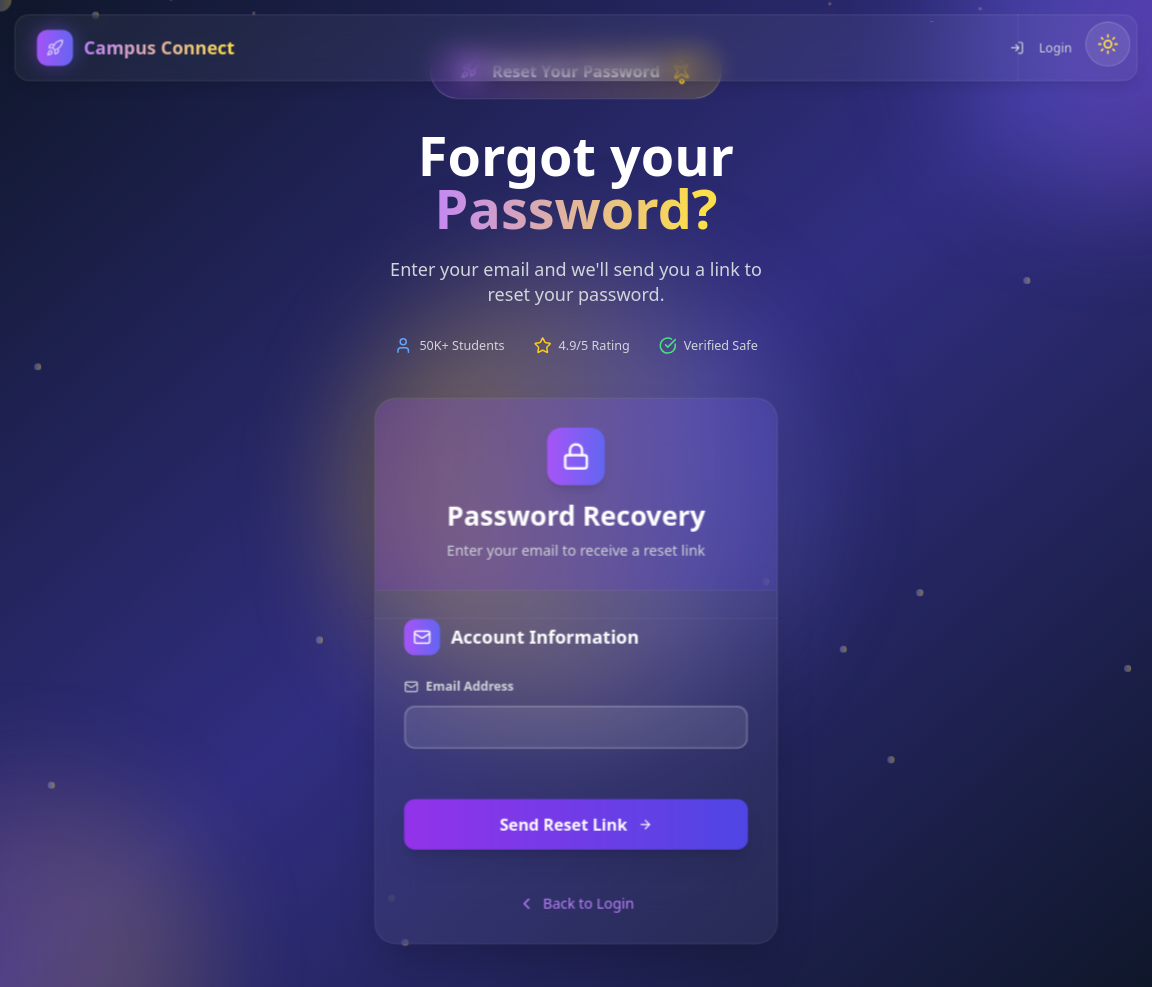
Repository: Sam28YO/Campus-Connect
Page: /forgot-password
The author's editor kept a copy of each file at every save. The page is drawn from the files as they stood at one save, then again after the next save.
The browser window is 1280 px wide. The pictures show the whole page, at 90% of full size.
The project was rebuilt for these pictures with package versions that can differ from the ones it lists, and the page was loaded fresh each time. Some packages were replaced by stand-ins written for this rebuild. The framework's server and built-in components were replaced by stand-ins that run in the browser. Also part of the build but not shown: next.config.mjs.

Above is the page before, as saved 2025-07-04 10:33:35.

### pages/_app.js
import "@/styles/globals.css";
import { RecoilRoot } from "recoil";
import { QueryClient, QueryClientProvider } from "@tanstack/react-query";
import { ReactQueryDevtools } from "@tanstack/react-query-devtools";
import Navbar from "./components/navbar";

const queryClient = new QueryClient();
export default function App({ Component, pageProps }) {
  return (
    <RecoilRoot>
      <Navbar />
      <QueryClientProvider client={queryClient}>
        <Component {...pageProps} />
      </QueryClientProvider>
    </RecoilRoot>
  );
}

### pages/forgot-password.js
import { useState, useEffect } from "react";
import { Button } from "@/components/ui/button";
import { Input } from "@/components/ui/input";
import Link from "next/link";
import {
  Mail,
  Lock,
  Sun,
  Moon,
  Sparkles,
  Rocket,
  ArrowRight,
  CheckCircle,
  Star,
  User,
  ChevronLeft,
} from "lucide-react";
import axios from "axios";
import toast from "react-hot-toast";

export default function ForgotPasswordPage() {
  const [formData, setFormData] = useState({
    email: "",
    role: "thaparStudent",
  });

  const [isLoading, setIsLoading] = useState(false);
  const [errors, setErrors] = useState({});
  const [theme, setTheme] = useState("dark");
  const [mousePosition, setMousePosition] = useState({ x: 0, y: 0 });
  const [isVisible, setIsVisible] = useState(false);
  const [success, setSuccess] = useState(false);

  // Mouse tracking for interactive effects
  useEffect(() => {
    const handleMouseMove = (e) => {
      setMousePosition({ x: e.clientX, y: e.clientY });
    };

    window.addEventListener("mousemove", handleMouseMove);
    setIsVisible(true);
    return () => window.removeEventListener("mousemove", handleMouseMove);
  }, []);

  const handleInputChange = (field, value) => {
    setFormData((prev) => ({
      ...prev,
      [field]: value,
    }));
    // Clear error when user starts typing
    if (errors[field]) {
      setErrors((prev) => ({
        ...prev,
        [field]: "",
      }));
    }
  };

  const validateForm = () => {
    const newErrors = {};

    if (!formData.email.trim()) newErrors.email = "Email is required";
    if (!formData.role) newErrors.role = "Role is required";

    setErrors(newErrors);
    return Object.keys(newErrors).length === 0;
  };

  const handleSubmit = async (e) => {
    e.preventDefault();
    if (!validateForm()) return;

    setIsLoading(true);
    try {
      const response = await axios.post(
        `${process.env.NEXT_PUBLIC_SITE_URL}/api/auth/forgot-password`,
        formData
      );

      toast.success("Password reset link sent to your email!");
      setSuccess(true);
    } catch (error) {
      if (error.response) {
        setErrors({ submit: error.response.data.message || "Request failed" });
      } else {
        setErrors({ submit: "Network error. Please try again." });
      }
    } finally {
      setIsLoading(false);
    }
  };

  const toggleTheme = () => {
    setTheme(theme === "dark" ? "light" : "dark");
  };

  return (
    <div
      className={`min-h-screen relative overflow-hidden transition-all duration-500 ${
        theme === "dark"
          ? "bg-gradient-to-br from-slate-900 via-indigo-900 to-slate-900"
          : "bg-gradient-to-br from-yellow-50 via-indigo-50 to-purple-50"
      }`}
    >
      {/* Theme Toggle Button */}
      <button
        onClick={toggleTheme}
        className={`fixed top-6 right-6 z-50 p-3 rounded-full backdrop-blur-xl border transition-all duration-300 hover:scale-110 ${
          theme === "dark"
            ? "bg-white/10 border-white/20 text-yellow-300 hover:bg-white/20"
            : "bg-indigo-100 border-indigo-200 text-indigo-600 hover:bg-indigo-200"
        }`}
      >
        {theme === "dark" ? (
          <Sun className="w-6 h-6" />
        ) : (
          <Moon className="w-6 h-6" />
        )}
      </button>

      {/* Enhanced animated background */}
      <div className="absolute inset-0">
        <div
          className={`absolute -top-40 -right-40 w-96 h-96 rounded-full opacity-20 blur-3xl animate-pulse-slow ${
            theme === "dark"
              ? "bg-gradient-to-r from-indigo-500 to-purple-500"
              : "bg-gradient-to-r from-indigo-300 to-purple-300"
          }`}
        ></div>
        <div
          className={`absolute -bottom-40 -left-40 w-96 h-96 rounded-full opacity-20 blur-3xl animate-pulse-slow animation-delay-2000 ${
            theme === "dark"
              ? "bg-gradient-to-r from-purple-500 to-yellow-400"
              : "bg-gradient-to-r from-purple-300 to-yellow-200"
          }`}
        ></div>
        <div
          className={`absolute top-1/2 left-1/2 transform -translate-x-1/2 -translate-y-1/2 w-[500px] h-[500px] rounded-full opacity-10 blur-3xl animate-pulse-slow animation-delay-4000 ${
            theme === "dark"
              ? "bg-gradient-to-r from-yellow-400 to-indigo-500"
              : "bg-gradient-to-r from-yellow-200 to-indigo-300"
          }`}
        ></div>

        {[...Array(12)].map((_, i) => (
          <div
            key={i}
            className={`absolute w-2 h-2 rounded-full animate-float ${
              theme === "dark"
                ? "bg-gradient-to-r from-indigo-400 to-yellow-300 opacity-40"
                : "bg-gradient-to-r from-indigo-400 to-purple-400 opacity-60"
            }`}
            style={{
              top: `${Math.random() * 100}%`,
              left: `${Math.random() * 100}%`,
              animationDelay: `${Math.random() * 5}s`,
              animationDuration: `${3 + Math.random() * 4}s`,
            }}
          ></div>
        ))}
      </div>

      {/* Mouse follower effect */}
      <div
        className={`fixed w-8 h-8 rounded-full pointer-events-none z-50 mix-blend-screen transition-all duration-100 ease-out ${
          theme === "dark"
            ? "bg-gradient-to-r from-indigo-500 to-yellow-300 opacity-30"
            : "bg-gradient-to-r from-indigo-500 to-purple-500 opacity-20"
        }`}
        style={{
          left: mousePosition.x - 16,
          top: mousePosition.y - 16,
          transform: "scale(0.8)",
        }}
      ></div>

      <div className="relative z-10 py-12 px-4">
        <div className="max-w-md mx-auto">
          {/* Header Section */}
          <div
            className={`text-center mb-12 transition-all duration-1000 ${
              isVisible
                ? "opacity-100 translate-y-0"
                : "opacity-0 translate-y-10"
            }`}
          >
            <div
              className={`inline-flex items-center gap-3 backdrop-blur-xl rounded-full px-8 py-4 mb-8 border transition-all duration-1000 ${
                theme === "dark"
                  ? "bg-gradient-to-r from-purple-500/20 to-yellow-400/20 border-white/20"
                  : "bg-gradient-to-r from-indigo-100 to-yellow-100 border-indigo-200"
              }`}
            >
              <div className="relative">
                <Rocket
                  className={`w-6 h-6 animate-bounce ${
                    theme === "dark" ? "text-purple-400" : "text-indigo-600"
                  }`}
                />
                <div
                  className={`absolute inset-0 rounded-full blur-md opacity-50 animate-pulse ${
                    theme === "dark" ? "bg-purple-400" : "bg-indigo-400"
                  }`}
                ></div>
              </div>
              <span
                className={`font-bold text-lg ${
                  theme === "dark"
                    ? "text-white bg-gradient-to-r from-purple-400 to-yellow-300 bg-clip-text text-transparent"
                    : "text-transparent bg-clip-text bg-gradient-to-r from-indigo-600 to-purple-600"
                }`}
              >
                Reset Your Password
              </span>
              <Sparkles
                className={`w-6 h-6 animate-spin-slow ${
                  theme === "dark" ? "text-yellow-400" : "text-purple-500"
                }`}
              />
            </div>

            <h1
              className={`text-4xl md:text-5xl lg:text-6xl font-black mb-6 leading-tight ${
                theme === "dark" ? "text-white" : "text-indigo-900"
              }`}
            >
              Forgot your{" "}
              <span
                className={`text-transparent bg-clip-text animate-gradient-flow ${
                  theme === "dark"
                    ? "bg-gradient-to-r from-purple-400 via-yellow-300 to-indigo-400"
                    : "bg-gradient-to-r from-indigo-600 via-purple-600 to-yellow-500"
                }`}
              >
                Password?
              </span>
            </h1>

            <p
              className={`text-xl mb-8 max-w-2xl mx-auto ${
                theme === "dark" ? "text-gray-300" : "text-indigo-700"
              }`}
            >
              {success
                ? "Check your email for a link to reset your password. If it doesn't appear within a few minutes, check your spam folder."
                : "Enter your email and we'll send you a link to reset your password."}
            </p>

            {/* Success indicators */}
            <div className="flex justify-center items-center gap-8 mb-8">
              {[
                { icon: User, label: "50K+ Students", color: "text-blue-400" },
                { icon: Star, label: "4.9/5 Rating", color: "text-yellow-400" },
                {
                  icon: CheckCircle,
                  label: "Verified Safe",
                  color: "text-green-400",
                },
              ].map((item, index) => {
                const Icon = item.icon;
                return (
                  <div key={index} className="flex items-center gap-2">
                    <Icon className={`w-5 h-5 ${item.color}`} />
                    <span
                      className={`text-sm font-medium ${
                        theme === "dark" ? "text-gray-300" : "text-indigo-700"
                      }`}
                    >
                      {item.label}
                    </span>
                  </div>
                );
              })}
            </div>
          </div>

          {/* Main Form Card - Only show if not success */}
          {!success && (
            <div
              className={`backdrop-blur-xl rounded-3xl border shadow-2xl transition-all duration-1000 delay-200 ${
                isVisible
                  ? "opacity-100 translate-y-0"
                  : "opacity-0 translate-y-10"
              } ${
                theme === "dark"
                  ? "bg-white/5 border-white/10"
                  : "bg-white/80 border-indigo-200"
              }`}
            >
              {/* Card Header */}
              <div
                className={`p-8 border-b rounded-t-3xl ${
                  theme === "dark"
                    ? "bg-gradient-to-r from-purple-600/20 to-indigo-600/20 border-white/10"
                    : "bg-gradient-to-r from-indigo-50 to-purple-50 border-indigo-200"
                }`}
              >
                <div className="text-center">
                  <div
                    className={`w-16 h-16 mx-auto mb-4 rounded-2xl flex items-center justify-center ${
                      theme === "dark"
                        ? "bg-gradient-to-r from-purple-500 to-indigo-500"
                        : "bg-gradient-to-r from-indigo-600 to-purple-600"
                    } shadow-lg`}
                  >
                    <Lock className="w-8 h-8 text-white" />
                  </div>
                  <h2
                    className={`text-3xl font-black mb-2 ${
                      theme === "dark" ? "text-white" : "text-indigo-900"
                    }`}
                  >
                    Password Recovery
                  </h2>
                  <p
                    className={`${
                      theme === "dark" ? "text-gray-300" : "text-indigo-700"
                    }`}
                  >
                    Enter your email to receive a reset link
                  </p>
                </div>
              </div>

              {/* Card Content */}
              <div className="p-8">
                <form onSubmit={handleSubmit} className="space-y-8">
                  {/* Email Section */}
                  <div className="space-y-6">
                    <div className="flex items-center gap-3 mb-6">
                      <div
                        className={`w-10 h-10 rounded-xl flex items-center justify-center ${
                          theme === "dark"
                            ? "bg-gradient-to-r from-purple-500 to-indigo-500"
                            : "bg-gradient-to-r from-indigo-600 to-purple-600"
                        }`}
                      >
                        <Mail className="w-5 h-5 text-white" />
                      </div>
                      <h3
                        className={`text-xl font-bold ${
                          theme === "dark" ? "text-white" : "text-indigo-900"
                        }`}
                      >
                        Account Information
                      </h3>
                    </div>

                    <div>
                      <label
                        className={`block text-sm font-bold mb-3 ${
                          theme === "dark" ? "text-gray-300" : "text-indigo-700"
                        }`}
                      >
                        <Mail className="inline w-4 h-4 mr-2" />
                        Email Address
                      </label>
                      <Input
                        type="email"
                        value={formData.email}
                        onChange={(e) =>
                          handleInputChange("email", e.target.value)
                        }
                        className={`h-12 rounded-xl border-2 transition-all duration-300 focus:ring-4 ${
                          errors.email
                            ? "border-red-500 focus:border-red-500 focus:ring-red-500/20"
                            : theme === "dark"
                            ? "bg-white/10 border-white/20 text-white placeholder-gray-400 focus:border-purple-400 focus:ring-purple-400/20"
                            : "bg-white border-indigo-200 text-indigo-900 placeholder-indigo-400 focus:border-indigo-500 focus:ring-indigo-500/20"
                        }`}
                      />
                      {errors.email && (
                        <p className="text-red-400 text-sm mt-2 flex items-center gap-1">
                          <span className="w-1 h-1 bg-red-400 rounded-full"></span>
                          {errors.email}
                        </p>
                      )}
                    </div>

                    {/* <div>
                      <label
                        className={`block text-sm font-bold mb-3 ${
                          theme === "dark" ? "text-gray-300" : "text-indigo-700"
                        }`}
                      >
                        <User className="inline w-4 h-4 mr-2" />
                        Account Type
                      </label>
                      <select
                        value={formData.role}
                        onChange={(e) =>
                          handleInputChange("role", e.target.value)
                        }
                        className={`h-12 w-full rounded-xl border-2 transition-all duration-300 focus:ring-4 px-4 ${
                          errors.role
                            ? "border-red-500 focus:border-red-500 focus:ring-red-500/20"
                            : theme === "dark"
                            ? "bg-white/10 border-white/20 text-white placeholder-gray-400 focus:border-purple-400 focus:ring-purple-400/20"
                            : "bg-white border-indigo-200 text-indigo-900 placeholder-indigo-400 focus:border-indigo-500 focus:ring-indigo-500/20"
                        }`}
                      >
                        <option value="thaparStudent">Thapar Student</option>
                        <option value="nonThaparStudent">
                          Non-Thapar Student
                        </option>
                        <option value="admin">Admin</option>
                      </select>
                      {errors.role && (
                        <p className="text-red-400 text-sm mt-2 flex items-center gap-1">
                          <span className="w-1 h-1 bg-red-400 rounded-full"></span>
                          {errors.role}
                        </p>
                      )}
                    </div> */}
                  </div>

                  {/* Error Message */}
                  {errors.submit && (
                    <div
                      className={`p-4 rounded-xl border ${
                        theme === "dark"
                          ? "bg-red-900/20 border-red-500/50 text-red-300"
                          : "bg-red-50 border-red-200 text-red-600"
                      }`}
                    >
                      <p className="text-sm font-medium">{errors.submit}</p>
                    </div>
                  )}

                  {/* Submit Button */}
                  <div className="pt-6">
                    <Button
                      type="submit"
                      disabled={isLoading}
                      className={`w-full h-14 rounded-xl font-bold text-lg transition-all duration-300 transform hover:scale-105 shadow-xl ${
                        theme === "dark"
                          ? "bg-gradient-to-r from-purple-600 to-indigo-600 hover:from-purple-700 hover:to-indigo-700 text-white"
                          : "bg-gradient-to-r from-indigo-600 to-purple-600 hover:from-indigo-700 hover:to-purple-700 text-white"
                      } disabled:opacity-50 disabled:cursor-not-allowed disabled:transform-none`}
                    >
                      {isLoading ? (
                        <div className="flex items-center gap-3">
                          <div className="w-5 h-5 border-2 border-white/30 border-t-white rounded-full animate-spin"></div>
                          Sending Link...
                        </div>
                      ) : (
                        <div className="flex items-center gap-3">
                          Send Reset Link
                          <ArrowRight className="w-5 h-5 group-hover:translate-x-1 transition-transform duration-300" />
                        </div>
                      )}
                    </Button>
                  </div>

                  {/* Back to Login Link */}
                  <div className="text-center pt-4">
                    <Link
                      href="/login"
                      className={`flex items-center justify-center gap-2 font-medium transition-colors hover:underline ${
                        theme === "dark"
                          ? "text-purple-400 hover:text-purple-300"
                          : "text-indigo-600 hover:text-indigo-800"
                      }`}
                    >
                      <ChevronLeft className="w-5 h-5" />
                      Back to Login
                    </Link>
                  </div>
                </form>
              </div>
            </div>
          )}
        </div>
      </div>

      <style jsx>{`
        @keyframes pulse-slow {
          0%,
          100% {
            opacity: 0.2;
          }
          50% {
            opacity: 0.4;
          }
        }
        @keyframes float {
          0%,
          100% {
            transform: translateY(0px);
          }
          50% {
            transform: translateY(-20px);
          }
        }
        @keyframes gradient-flow {
          0%,
          100% {
            background-position: 0% 50%;
          }
          50% {
            background-position: 100% 50%;
          }
        }
        @keyframes spin-slow {
          from {
            transform: rotate(0deg);
          }
          to {
            transform: rotate(360deg);
          }
        }
        .animate-pulse-slow {
          animation: pulse-slow 4s ease-in-out infinite;
        }
        .animate-float {
          animation: float 3s ease-in-out infinite;
        }
        .animate-gradient-flow {
          background-size: 200% 200%;
          animation: gradient-flow 3s ease infinite;
        }
        .animate-spin-slow {
          animation: spin-slow 3s linear infinite;
        }
        .animation-delay-2000 {
          animation-delay: 2s;
        }
        .animation-delay-4000 {
          animation-delay: 4s;
        }
      `}</style>
    </div>
  );
}

Loaded but not shown: pages/_document.js (common file); components/ui/input.jsx (common file); lib/utils.js (common file); tailwind.config.mjs (common file); pages/components/navbar.js (221 lines, source omitted); styles/globals.css (230 lines, source omitted); components/ui/button.jsx (48 lines, source omitted)

After the next save:
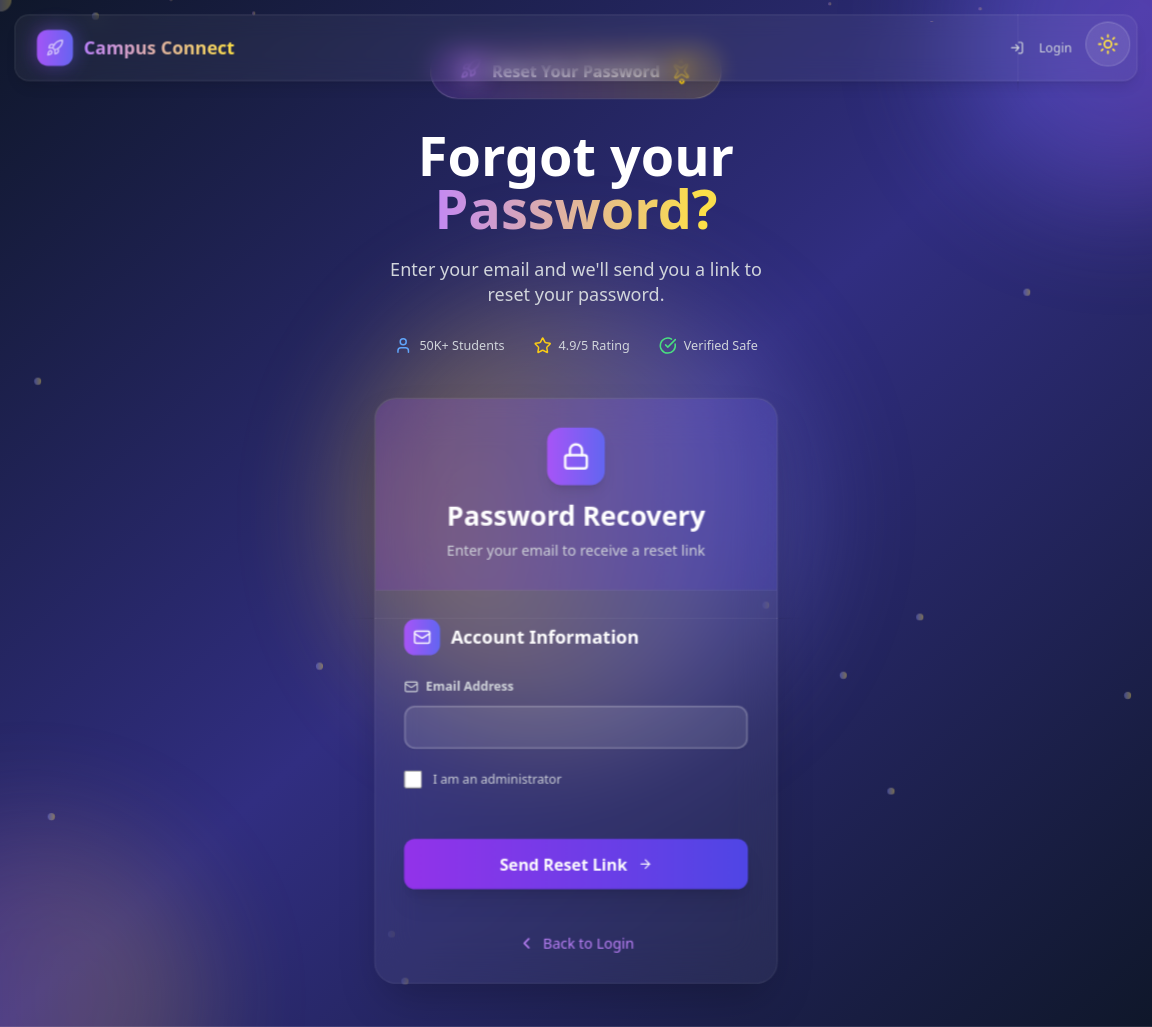
Saved 5 min 22 s later.
--- a/pages/forgot-password.js
+++ b/pages/forgot-password.js
@@ -377,6 +377,30 @@ export default function ForgotPasswordPage() {
                       )}
                     </div>
 
+                    <div className="flex items-center gap-3 mt-4">
+                      <input
+                        type="checkbox"
+                        id="isAdmin"
+                        checked={formData.isAdmin}
+                        onChange={(e) =>
+                          handleInputChange("isAdmin", e.target.checked)
+                        }
+                        className={`h-5 w-5 rounded border-2 ${
+                          theme === "dark"
+                            ? "bg-white/10 border-white/20 checked:bg-purple-500"
+                            : "bg-white border-indigo-300 checked:bg-indigo-600"
+                        }`}
+                      />
+                      <label
+                        htmlFor="isAdmin"
+                        className={`text-sm font-medium ${
+                          theme === "dark" ? "text-gray-300" : "text-indigo-700"
+                        }`}
+                      >
+                        I am an administrator
+                      </label>
+                    </div>
+
                     {/* <div>
                       <label
                         className={`block text-sm font-bold mb-3 ${
